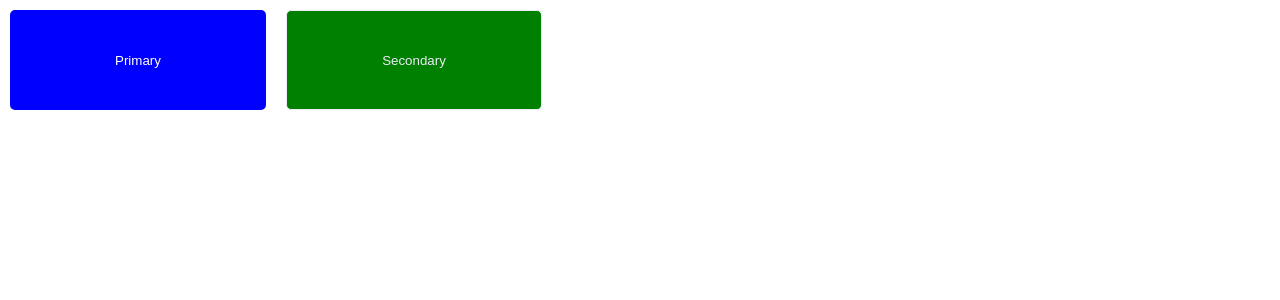
Repository: 16-Doffy/Fe-Khhoahoc
Page: /
These files come from the project's save history. The page is drawn as it stood at one moment and after a run of saves; the edit follows.
The browser window is 1280 px wide. The pictures show the whole page.
The project was rebuilt for these pictures with package versions that can differ from the ones it lists, and the page was loaded fresh each time. Also part of the build but not shown: src/App.css.

Above is the page before, as saved 2025-01-10 14:50:28.

### src/App.js
import "./App.css";
import Button from "./components/button/button";
// import YtList from "./components/youtube/YtList";
const App = () => {
  return (
<div>
{/* <YtList></YtList> */}
<Button>Primary</Button>
<Button secondary >Secondary</Button>
</div>
  );
};

export default App;

### src/components/button/button.js

import React from 'react';
// import "./Button.scss";
import styles from "./button.module.css"
const Button = (props) => {
  return (
      // <button className={`button ${props.className || ""}`}>{props.children}</button>
      <button className={`${styles.button}
       ${props.secondary ? styles.buttonSecondary : ""}`}>
      {props.children}
      </button>
  );
};

export default Button;

### src/components/button/button.module.css
.button{
    display: inline-block;
    padding: 10px 20px;
    color: white;
    background-color: blue;
    border: none;
    border-radius: 5px;
    margin: 10px;
    width: 20%;
    height: 100px;
}
.buttonSecondary{
    background-color: green;
    color: rgb(236, 236, 247);
    border: 1px solid;
}

Loaded but not shown: public/index.html (common file); src/index.js (common file); src/index.css (common file); src/reportWebVitals.js (common file)

After the next 2 saves:
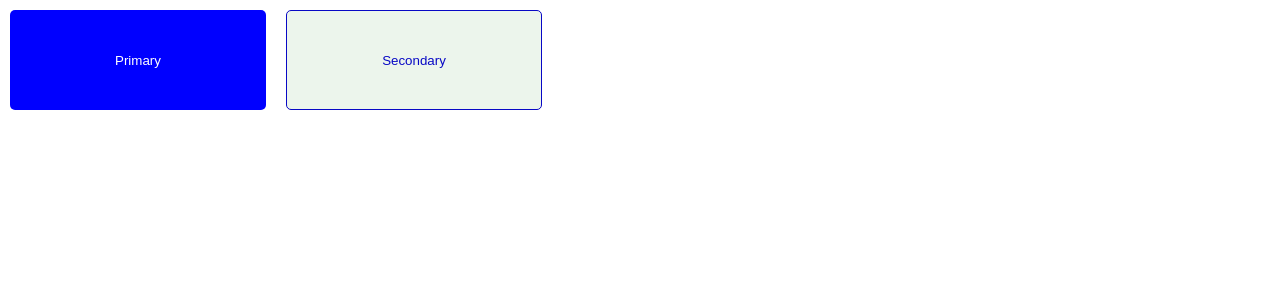
The 2 saves are shown as one change because they came seconds apart.
The last was saved 15 s later.
--- a/src/components/button/button.module.css
+++ b/src/components/button/button.module.css
@@ -10,7 +10,7 @@
     height: 100px;
 }
 .buttonSecondary{
-    background-color: green;
-    color: rgb(236, 236, 247);
+    background-color: rgb(236, 245, 236);
+    color: rgb(8, 8, 197);
     border: 1px solid;
 }
